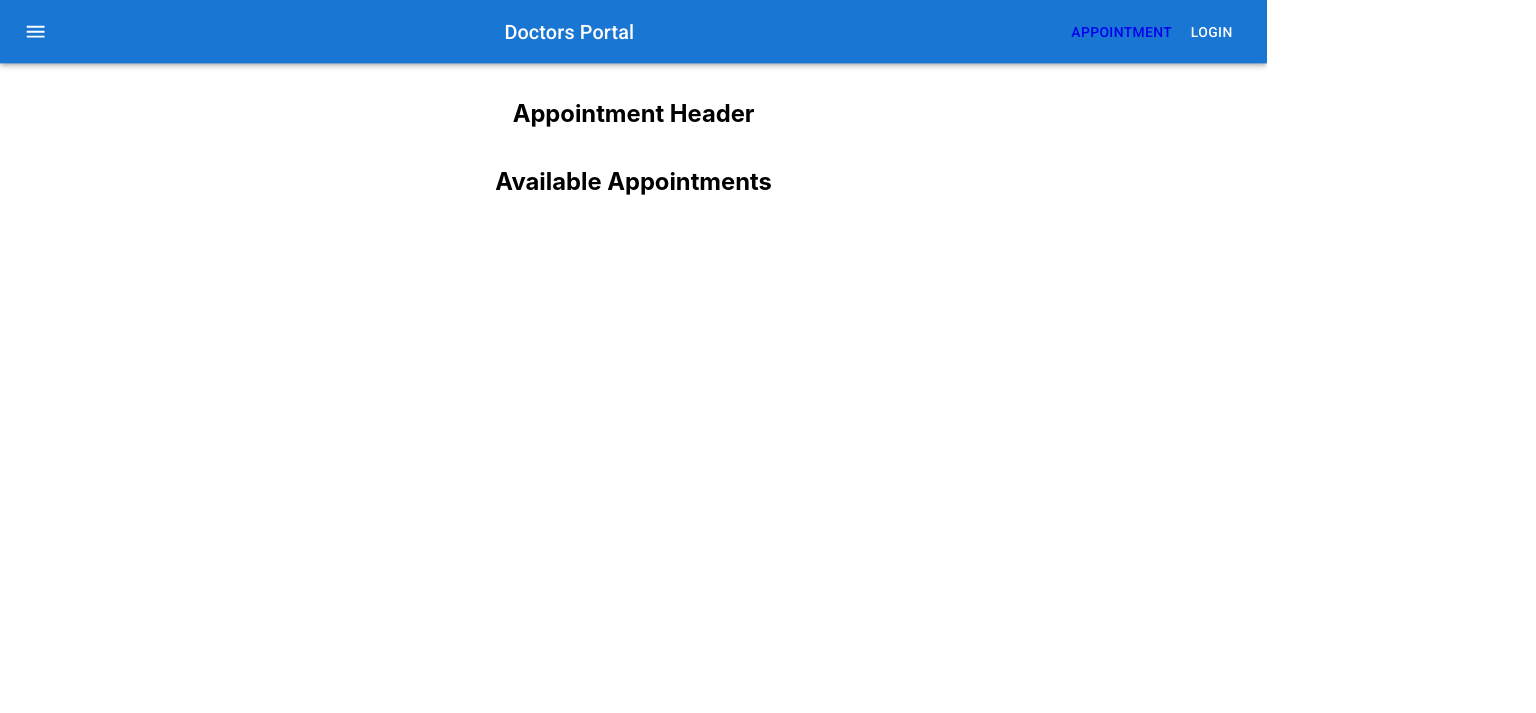
Repository: Sharif-00112/doctors-portal-client
Page: /appointment
The author's editor kept a copy of each file at every save. The page is drawn from the files as they stood at one save, then again after the next save.
The browser window is 1280 px wide. The page is 1280 px wide, then 1552 px, so the pictures cover 1552 px, including what lies to the right of the window. The pictures show the whole page, at 99% of full size.
The project was rebuilt for these pictures with package versions that can differ from the ones it lists, and the page was loaded fresh each time. Also part of the build but not shown: src/Pages/Home/AppointmentBanner/AppointmentBanner.js, src/Pages/Home/Banner/Banner.js, src/Pages/Home/Service/Service.js, src/Pages/Home/Services/Services.js, src/Pages/Home/Home/Home.js.

Above is the page before, as saved 2022-11-02 11:48:31.

### public/index.html
<!DOCTYPE html>
<html lang="en">
  <head>
    <meta charset="utf-8" />
    <link rel="icon" href="%PUBLIC_URL%/favicon.ico" />
    <meta name="viewport" content="width=device-width, initial-scale=1" />
    <meta name="theme-color" content="#000000" />
    <meta
      name="description"
      content="Web site created using create-react-app"
    />
    <link
      rel="stylesheet" href="https://fonts.googleapis.com/css?family=Roboto:300,400,500,700&display=swap"
    />

    <link rel="apple-touch-icon" href="%PUBLIC_URL%/logo192.png" />
    <!--
      manifest.json provides metadata used when your web app is installed on a
      user's mobile device or desktop. See https://developers.google.com/web/fundamentals/web-app-manifest/
    -->
    <link rel="manifest" href="%PUBLIC_URL%/manifest.json" />
    <!--
      Notice the use of %PUBLIC_URL% in the tags above.
      It will be replaced with the URL of the `public` folder during the build.
      Only files inside the `public` folder can be referenced from the HTML.

      Unlike "/favicon.ico" or "favicon.ico", "%PUBLIC_URL%/favicon.ico" will
      work correctly both with client-side routing and a non-root public URL.
      Learn how to configure a non-root public URL by running `npm run build`.
    -->
    <title>React App</title>
  </head>
  <body>
    <noscript>You need to enable JavaScript to run this app.</noscript>
    <div id="root"></div>
    <!--
      This HTML file is a template.
      If you open it directly in the browser, you will see an empty page.

      You can add webfonts, meta tags, or analytics to this file.
      The build step will place the bundled scripts into the <body> tag.

      To begin the development, run `npm start` or `yarn start`.
      To create a production bundle, use `npm run build` or `yarn build`.
    -->
  </body>
</html>

### src/App.js
import './App.css';
import { BrowserRouter as Router, Route, Routes} from 'react-router-dom';
import Home from './Pages/Home/Home/Home';
import Appointment from './Pages/Appointment/Appointment/Appointment';

function App() {
  return (
    <div className="App">
      <Router>
        {/* <Header></Header> */}
        <Routes>
          <Route exact path = '/' element={<Home/>}/>
          <Route exact path = '/home' element={<Home/>}/>
          <Route exact path = '/appointment' element={<Appointment/>}/>
          <Route exact path = '*' element={<Home/>}/>
        </Routes>
        {/* <Footer></Footer> */}
      </Router>
    </div>
  );
}

export default App;

### src/Pages/Appointment/Appointment/Appointment.js
import React from 'react';
import Navigation from '../../Shared/Navigation/Navigation';
import AppointmentHeader from '../AppointmentHeader/AppointmentHeader';
import AvailableAppointments from '../AvailableAppointments/AvailableAppointments';

const Appointment = () => {
    return (
        <div>
            <Navigation></Navigation>
            <AppointmentHeader></AppointmentHeader>
            <AvailableAppointments></AvailableAppointments>
        </div>
    );
};

export default Appointment;

### src/Pages/Shared/Navigation/Navigation.js
import React from 'react';
import AppBar from '@mui/material/AppBar';
import Box from '@mui/material/Box';
import Toolbar from '@mui/material/Toolbar';
import Typography from '@mui/material/Typography';
import Button from '@mui/material/Button';
import IconButton from '@mui/material/IconButton';
import MenuIcon from '@mui/icons-material/Menu';
import { Link } from 'react-router-dom';

const Navigation = () => {
    return (
        <div>
            <Box sx={{ flexGrow: 1, pb:2 }}>
                <AppBar position="static">
                    <Toolbar>
                        <IconButton
                            size="large"
                            edge="start"
                            color="inherit"
                            aria-label="menu"
                            sx={{ mr: 2 }}
                        >
                            <MenuIcon />
                        </IconButton>
                        <Typography variant="h6" component="div" sx={{ flexGrow: 1 }}>
                            Doctors Portal
                        </Typography>
                        <Link to = '/appointment'>
                            <Button color="inherit">Appointment</Button>
                        </Link>
                        <Button color="inherit">Login</Button>
                    </Toolbar>
                </AppBar>
            </Box>
        </div>
    );
};

export default Navigation;

### src/Pages/Appointment/AppointmentHeader/AppointmentHeader.js
import { Grid } from '@mui/material';
import { Container } from '@mui/system';
import React from 'react';

const AppointmentHeader = () => {
    return (
        <div>
            <h2>Appointment Header</h2>

            <Container>
                <Grid container spacing={2}>
                    <Grid item xs={12} md={6}>

                    </Grid>
                    <Grid item xs={12} md={6}>

                    </Grid>
                </Grid>
            </Container>
        </div>
    );
};

export default AppointmentHeader;

### src/Pages/Appointment/AvailableAppointments/AvailableAppointments.js
import React from 'react';

const AvailableAppointments = () => {
    return (
        <div>
            <h2>Available Appointments</h2>
        </div>
    );
};

export default AvailableAppointments;

Loaded but not shown: src/index.js (common file); src/index.css (common file); src/reportWebVitals.js (common file); src/App.css (common file)

After the next save:
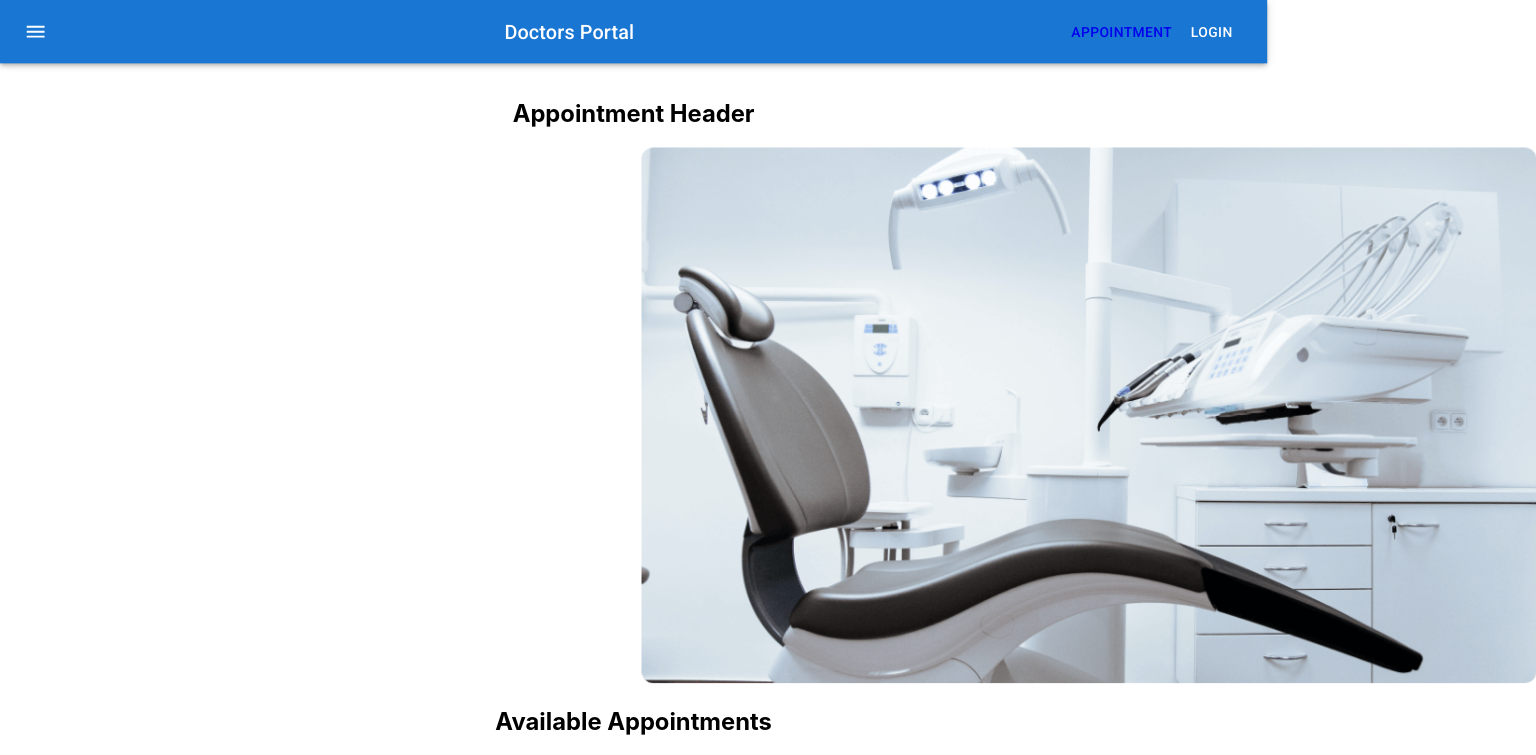
Saved 46 s later.
--- a/src/Pages/Appointment/AppointmentHeader/AppointmentHeader.js
+++ b/src/Pages/Appointment/AppointmentHeader/AppointmentHeader.js
@@ -1,6 +1,8 @@
 import { Grid } from '@mui/material';
 import { Container } from '@mui/system';
 import React from 'react';
+
+import chair from '../../../images/images/chair.png';
 
 const AppointmentHeader = () => {
     return (
@@ -13,7 +15,7 @@ const AppointmentHeader = () => {
 
                     </Grid>
                     <Grid item xs={12} md={6}>
-
+                        <img src={chair} alt="" />
                     </Grid>
                 </Grid>
             </Container>
